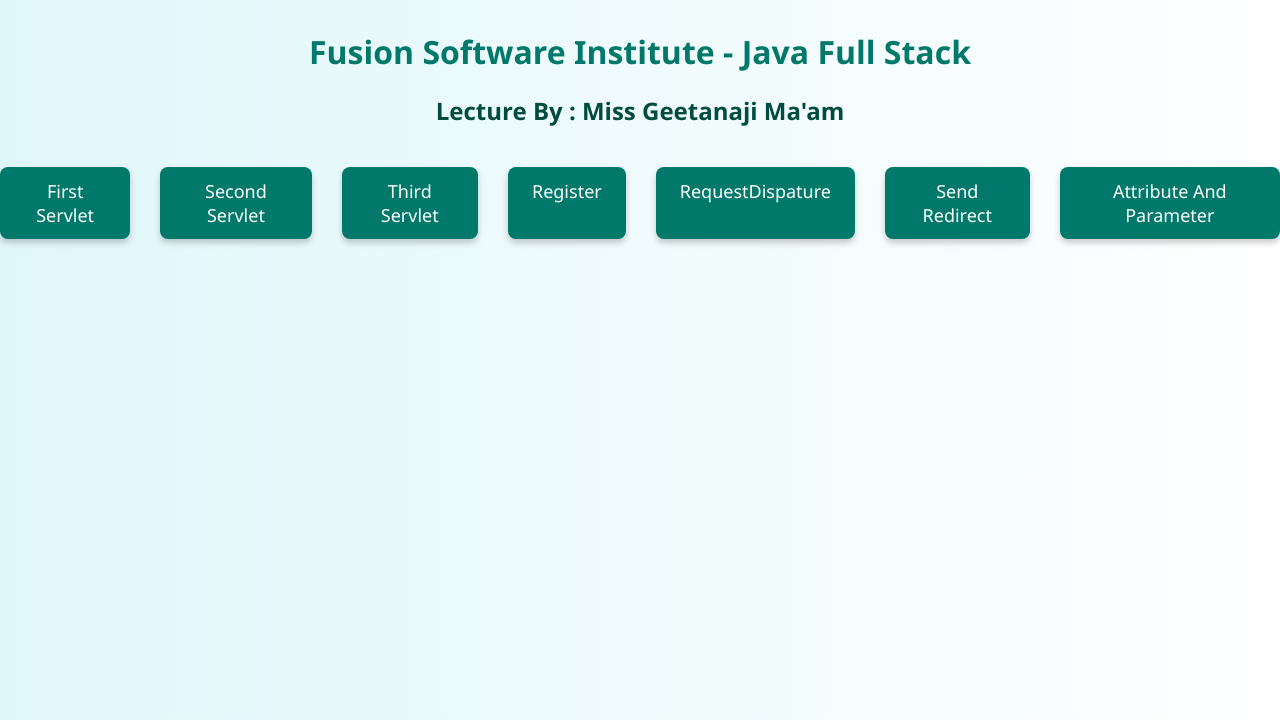
Repository: AkshayKPrajapati/CodingHub
Page: Servlet/WebContent/Index.html
These files come from the project's save history. The page is drawn as it stood at one moment and after the next save; the edit follows.
The browser window is 1280 px wide. The pictures show the whole page.

Above is the page before, as saved 2025-10-13 21:18:57.

### Servlet/WebContent/Index.html
<!DOCTYPE html>
<html>
<head>
<meta charset="UTF-8">
<title>Fusion Software Institute - Java Full Stack</title>

<style>
    body {
        font-family: "Segoe UI", Tahoma, Geneva, Verdana, sans-serif;
        background: linear-gradient(to right, #e0f7fa, #fff);
        margin: 0;
        padding: 0;
        text-align: center;
    }

    h1 {
        color: #00796b;
        margin-top: 30px;
    }

    h2 {
        color: #004d40;
        margin-bottom: 40px;
    }

    .container {
        display: flex;
        justify-content: center;
        gap: 30px;
    }

    .container a {
        text-decoration: none;
        background-color: #00796b;
        color: white;
        padding: 12px 24px;
        border-radius: 8px;
        font-size: 18px;
        transition: all 0.3s ease;
        box-shadow: 0 4px 6px rgba(0, 0, 0, 0.2);
    }

    .container a:hover {
        background-color: #004d40;
        transform: scale(1.05);
    }
</style>
</head>

<body>
    <h1>Fusion Software Institute - Java Full Stack</h1>
    <h2>Lecture By : Miss Geetanaji Ma'am</h2>

    <div class="container">
        <a href="firstServlet">First Servlet</a>
        <a href="secondServlet">Second Servlet</a>
        <a href="ThirdServlet">Third Servlet</a>
       	<a href="register.html">Register</a>
       	<a href="requestDispature.html">RequestDispature</a>
       	<a href="sendRedirect.html">Send Redirect</a>
       	<a href="attributepara.html">Attribute And Parameter</a>
    </div>
</body>
</html>

After the next save:
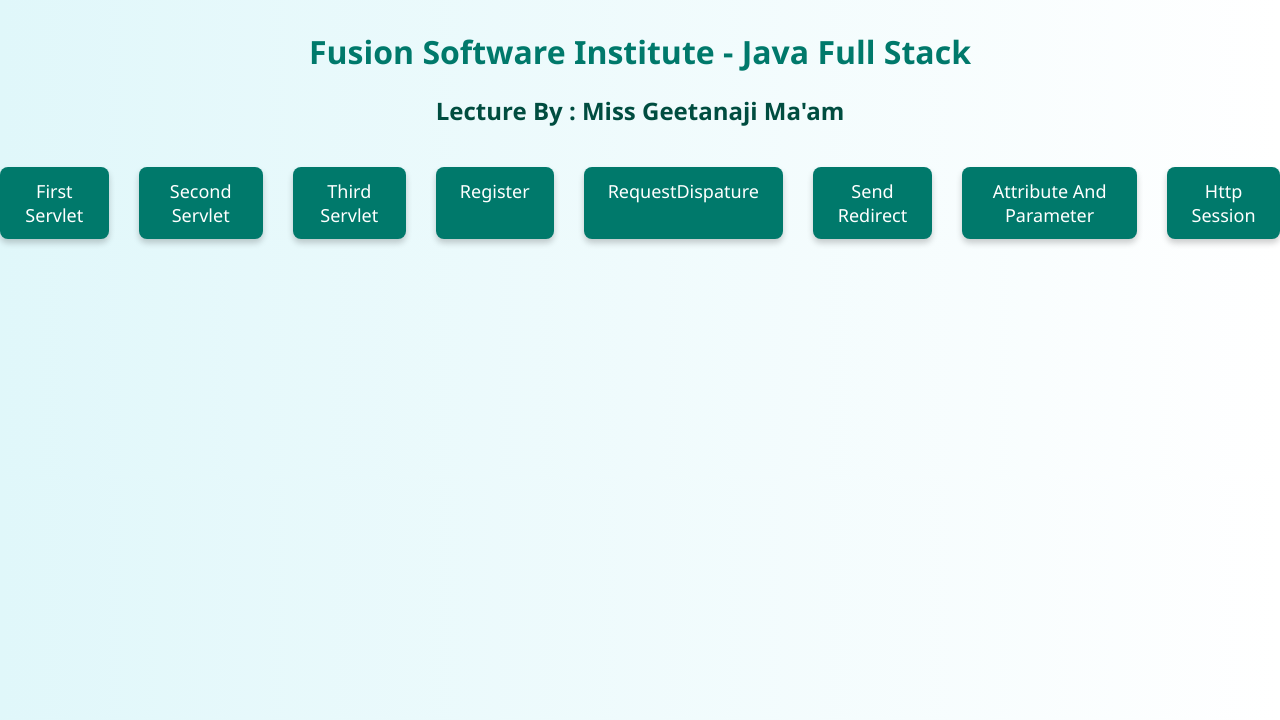
Saved 20 h 28 min later.
--- a/Servlet/WebContent/Index.html
+++ b/Servlet/WebContent/Index.html
@@ -59,6 +59,7 @@
        	<a href="requestDispature.html">RequestDispature</a>
        	<a href="sendRedirect.html">Send Redirect</a>
        	<a href="attributepara.html">Attribute And Parameter</a>
+       	<a href="httpSession.html">Http Session </a>
     </div>
 </body>
 </html>
